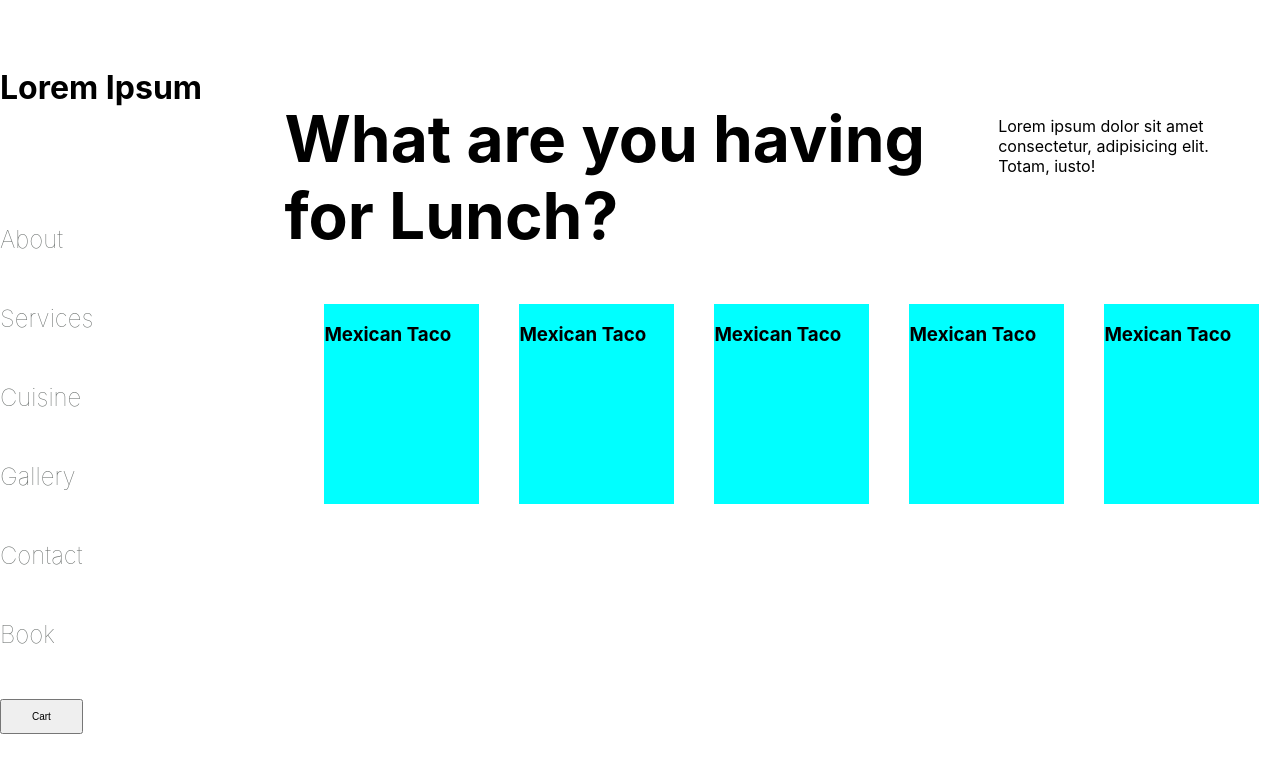
Repository: Marlstergo/assignment2
Page: /
An editor plug-in stored every save of this project. The page is shown before and after the next save, followed by the edit.
The browser window is 1280 px wide. The pictures show the whole page.
The project was rebuilt for these pictures with package versions that can differ from the ones it lists, and the page was loaded fresh each time.

Above is the page before, as saved 2021-07-27 02:22:20.

### src/App.js
import logo from "./logo.svg";
import "./App.css";

function App() {
  return (
    <div className="container">
      <div className="full">
        <div className="sidebar">
          <div className="logo">
            <h1>Lorem Ipsum</h1>
          </div>
          <div className="items">
            <div className="item">
              <h2 className="">About</h2>
            </div>
            <div className="item">
              <h2 className="">Services</h2>
            </div>
            <div className="item">
              <h2 className="">Cuisine</h2>
            </div>
            <div className="item">
              <h2 className="">Gallery</h2>
            </div>
            <div className="item">
              <h2 className="">Contact</h2>
            </div>
            <div className="item">
              <h2 className="">Book</h2>
            </div>
            <div className="item">
              <button className="button">Cart</button>
            </div>
          </div>
        </div>
        <div className="main-view">
          <div className="hero">
            <div className="title">
              <h1 className="">What are you having for Lunch?</h1>
            </div>
            <div className="paragraph">
              <p className="">
                Lorem ipsum dolor sit amet consectetur, adipisicing elit. Totam,
                iusto!
              </p>
            </div>
          </div>
          <div className="row">
            <div className="cell">
              <div className="">{/* image */}</div>
              <div className="">
                <h3 className="">Mexican Taco</h3>
              </div>
            </div>
            <div className="cell">
              <div className="">{/* image */}</div>
              <div className="">
                <h3 className="">Mexican Taco</h3>
              </div>
            </div>
            <div className="cell">
              <div className="">{/* image */}</div>
              <div className="">
                <h3 className="">Mexican Taco</h3>
              </div>
            </div>
            <div className="cell">
              <div className="">{/* image */}</div>
              <div className="">
                <h3 className="">Mexican Taco</h3>
              </div>
            </div>
            <div className="cell">
              <div className="">{/* image */}</div>
              <div className="">
                <h3 className="">Mexican Taco</h3>
              </div>
            </div>
          </div>
        </div>
      </div>
    </div>
  );
}

export default App;

### src/App.css
.container {
  height: 100vh;
  width: 100%;
  /* padding-left: 1.5rem;
  padding-right: 1.5rem; */
}

@media screen and (min-width: 640px) {
  .container {
    max-width: 640px;
    margin: 0 auto;
  }
}

@media screen and (min-width: 768px) {
  .container {
    max-width: 768px;
  }
}

@media screen and (min-width: 1024px) {
  .container {
    max-width: 1024px;
    /* padding-left: 4rem;
    padding-right: 4rem; */
  }
}

@media screen and (min-width: 1280px) {
  .container {
    max-width: 1280px;
    /* padding-left: 5rem;
    padding-right: 5rem; */
  }
}

@media screen and (min-width: 1536px) {
  .container {
    max-width: 1536px;
  }
}

.full {
  display: grid;
  grid-template-columns: repeat(9, minmax(0, 1fr));
  height: 100%;
}

.sidebar {
  grid-column: span 2 / span 2;
  /* margin: auto 0; */
}
.logo{
  height: 175px;
  display: flex;
  align-items: center;
  /* justify-content: center; */

}

.items{

}

.item{
  color: rgb(101, 106, 104);
  font-weight: 100;
  margin: 50px 0px;
}
.item h2{
  font-weight: 100;

}

.button{
  padding: 10px 30px;
  font-size: 10px;
}

.logo h1{
  padding: auto auto;
}

.main-view{
  grid-column: span 7 / span 7;
}

.row{
  display: flex;
  /* overflow-x: scroll; */

}

.hero{
  margin: 50px 0px;
  margin-top: 100px;
  display: grid;
  grid-template-columns: repeat(9, minmax(0, 1fr));

}
.paragraph{
  grid-column: span 3 / span 3;
  padding: 0 50px;
}

.title{
  grid-column: span 6 / span 6;
  font-size: 2rem;

}

h1{
  margin: 0;
}

.cell{
  margin-left: 40px;
  background-color: aqua;
  height: 200px;
  width: 155px;
}

Loaded but not shown: public/index.html (common file); src/index.js (common file); src/index.css (common file); src/reportWebVitals.js (common file)

After the next save:
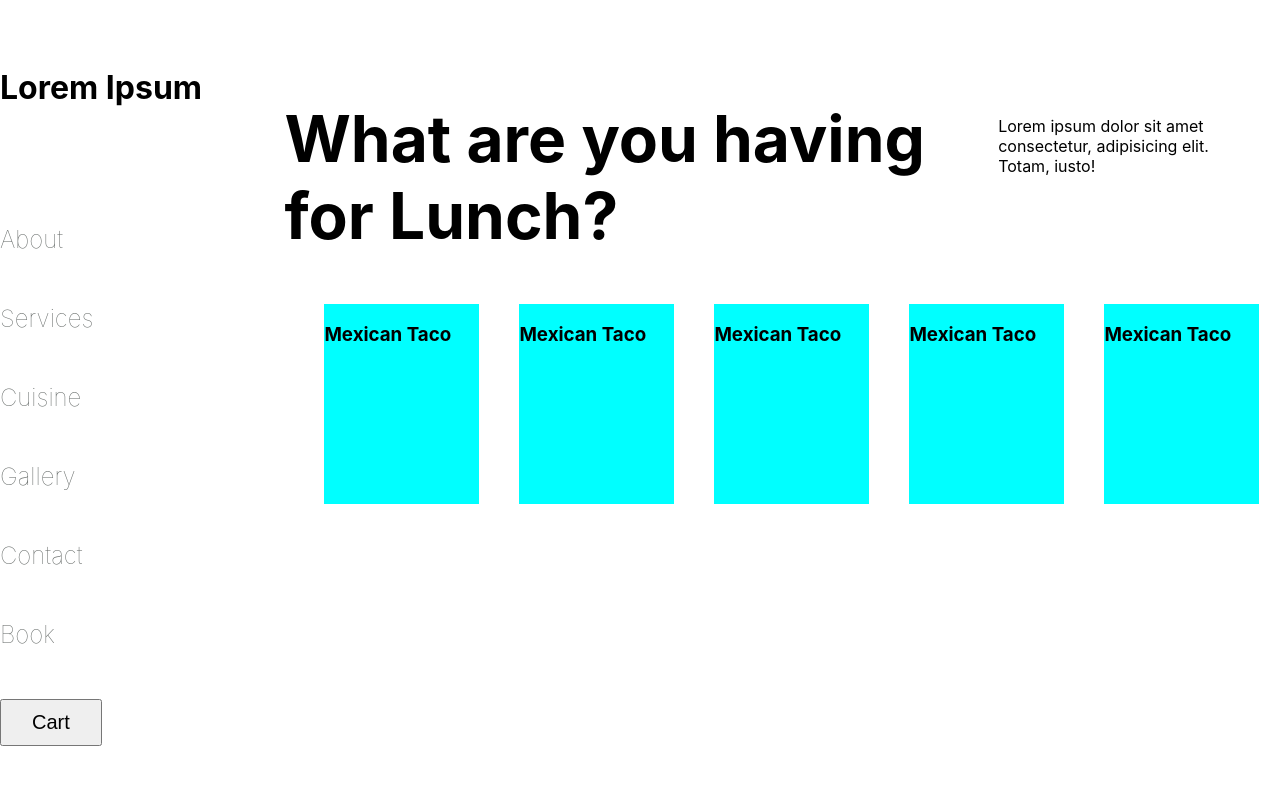
Saved 5 s later.
--- a/src/App.css
+++ b/src/App.css
@@ -74,7 +74,7 @@
 
 .button{
   padding: 10px 30px;
-  font-size: 10px;
+  font-size: 20px;
 }
 
 .logo h1{
